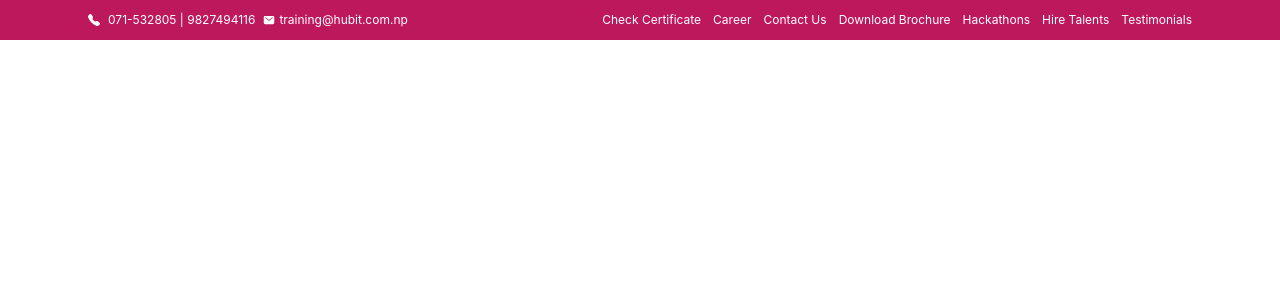
Repository: Sushant203/react-training-
Page: /
These files come from the project's save history. The page is drawn as it stood at one moment and after the next save; the edit follows.
The browser window is 1280 px wide. The pictures show the whole page.
The project was rebuilt for these pictures with package versions that can differ from the ones it lists, and the page was loaded fresh each time. Also part of the build but not shown: src/App.css.

Above is the page before, as saved 2022-12-15 01:18:10.

After the next save:
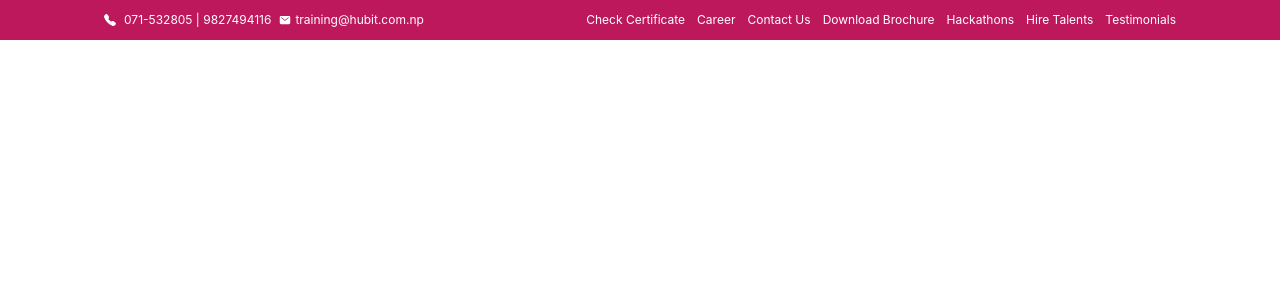
Saved 15 s later.
--- a/src/components/UpperNav.jsx
+++ b/src/components/UpperNav.jsx
@@ -6,7 +6,7 @@ const UpperNav = () => {
     <div>
       <div className="flex w-full bg-pink-700 align-center px-2 py-2 text-white text-xs justify-between container">
         <div className="flex">
-          <div className="flex gap-2 items-center ml-20">
+          <div className="flex gap-2 items-center ml-24">
             <BsFillTelephoneFill className="text-white" />
             <p>071-532805 | 9827494116</p>
           </div>
@@ -17,7 +17,7 @@ const UpperNav = () => {
         </div>
 
         {/* right section */}
-        <div className="flex gap-3 items-center text-xs mr-20">
+        <div className="flex gap-3 items-center text-xs mr-24">
           <div>Check Certificate</div>
           <div>Career</div>
           <div>Contact Us</div>
